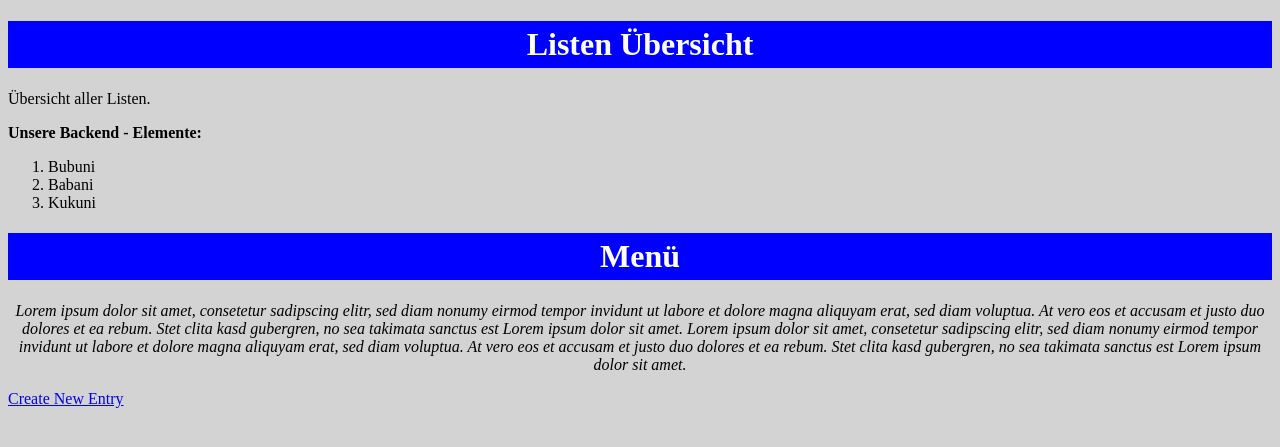
Repository: leloq/project.github.io
Page: start.html
The author's editor kept a record of every edit. The page is drawn from the files as they stood at one moment, then again after the next edit.
The browser window is 1280 px wide. The pictures show the whole page.

Above is the page before.

### start.html
<!DOCTYPE html>
<html>
<head>
<meta charset="utf-8" />
<title>Database Backend</title>
<link rel="stylesheet" type="text/css" href="style.css">
</head>
<body>

<div class="heading-line">
    <h1>Listen Übersicht</h1>
</div>

<p>Übersicht aller Listen.</p>
<p><strong>Unsere Backend - Elemente:</strong></p>
<section>
    <ol>
        <li>Bubuni</li>
        <li>Babani</li>
        <li>Kukuni</li>
    </ol>

</section>

<div class="heading-line">
<h1>Menü</h1>
</div>

<div  class="content">
    <p>
    Lorem ipsum dolor sit amet, consetetur sadipscing elitr, sed diam nonumy eirmod tempor invidunt ut labore et dolore magna aliquyam erat, sed diam voluptua. At vero eos et accusam et justo duo dolores et ea rebum. Stet clita kasd gubergren, no sea takimata sanctus est Lorem ipsum dolor sit amet. Lorem ipsum dolor sit amet, consetetur sadipscing elitr, sed diam nonumy eirmod tempor invidunt ut labore et dolore magna aliquyam erat, sed diam voluptua. At vero eos et accusam et justo duo dolores et ea rebum. Stet clita kasd gubergren, no sea takimata sanctus est Lorem ipsum dolor sit amet.
    </p>
</div>

<a href="create.html" style="font-size: 1em;">Create New Entry</a>

<br>

</body>
</html>

### style.css
h1 {
    color: white;
    text-align: center;
    border: 5px solid blue;
    text-align: center;
}



body {
    background-color: lightgrey;
    background-size: cover;
}

.menu {
    text-align: center;
    border: 2px solid blue;
}


.menu-element {
    border: 5px solid green;
    background-color: green;
    color: white;
    text-align: center
}

.active {
    color: red;
}

.heading-line {
    background-color: blue;
}

.heading-line :hover {
    background-color: red;
}

.content {
    text-align: center;
}

.content p {
    text-align: center;
    font-style: italic;
    font-family: 'Poiret One';

}



img {
    float: left;
    width: 100%;
    height: 100px;
}

After the next edit:
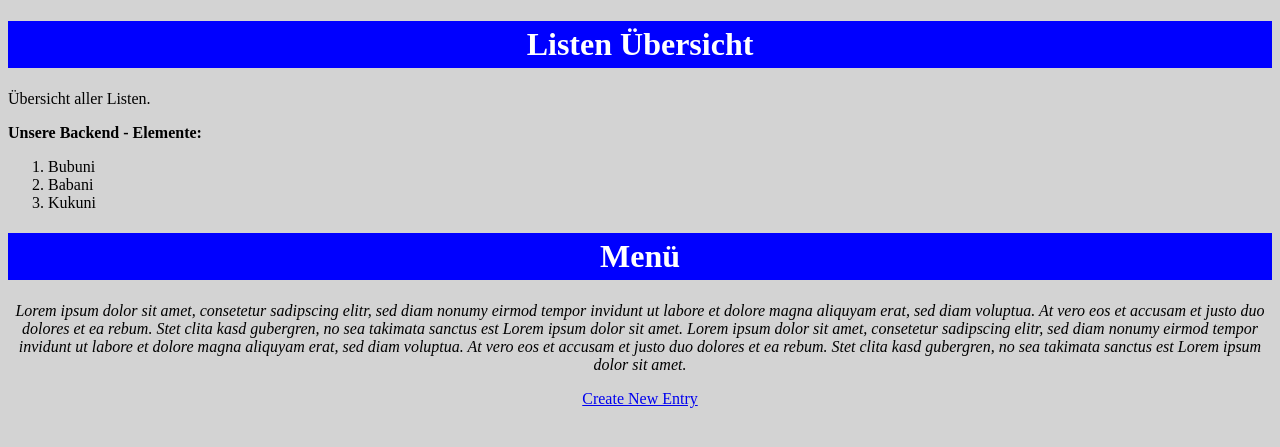
The edit:
--- a/start.html
+++ b/start.html
@@ -30,9 +30,11 @@
     <p>
     Lorem ipsum dolor sit amet, consetetur sadipscing elitr, sed diam nonumy eirmod tempor invidunt ut labore et dolore magna aliquyam erat, sed diam voluptua. At vero eos et accusam et justo duo dolores et ea rebum. Stet clita kasd gubergren, no sea takimata sanctus est Lorem ipsum dolor sit amet. Lorem ipsum dolor sit amet, consetetur sadipscing elitr, sed diam nonumy eirmod tempor invidunt ut labore et dolore magna aliquyam erat, sed diam voluptua. At vero eos et accusam et justo duo dolores et ea rebum. Stet clita kasd gubergren, no sea takimata sanctus est Lorem ipsum dolor sit amet.
     </p>
+
+    <a href="create.html" style="font-size: 1em;">Create New Entry</a>
+
 </div>
 
-<a href="create.html" style="font-size: 1em;">Create New Entry</a>
 
 <br>
 
